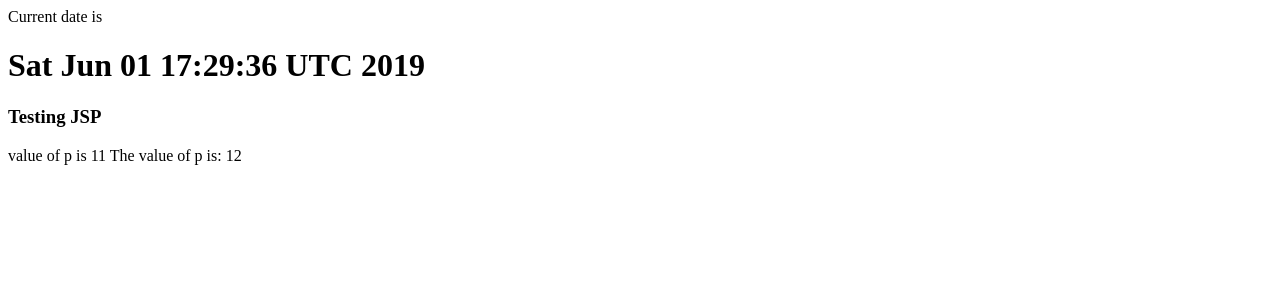
Repository: somakbha/CodeBackUP
Page: http://localhost/SimpleServletProject/test.jsp
These files come from the project's save history. The page is drawn as it stood at one moment and after the next save; the edit follows.
The browser window is 1280 px wide. The pictures show the whole page.
The page is served by Tomcat 9. Other server files are loaded and not shown.

Above is the page before, as saved 2019-06-15 13:57:47.

### JSP-Servlet-by-java-brains/SimpleServletProject/WebContent/test.jsp
<%@ page language="java" contentType="text/html; charset=UTF-8"
    pageEncoding="UTF-8"%>
<!DOCTYPE html PUBLIC "-//W3C//DTD HTML 4.01 Transitional//EN" "http://www.w3.org/TR/html4/loose.dtd">
<html>
<head>
<meta http-equiv="Content-Type" content="text/html; charset=UTF-8">
<title>Insert title here</title>
</head>
<body>
Current date is <h1><%= new java.util.Date() %></h1>

<h3>Testing JSP</h3>
<%

int p=10;
p=p+1;
out.println("value of p is "+p);

%>

The value of p is: <%=p+1 %>
</body>
</html>

After the next save:
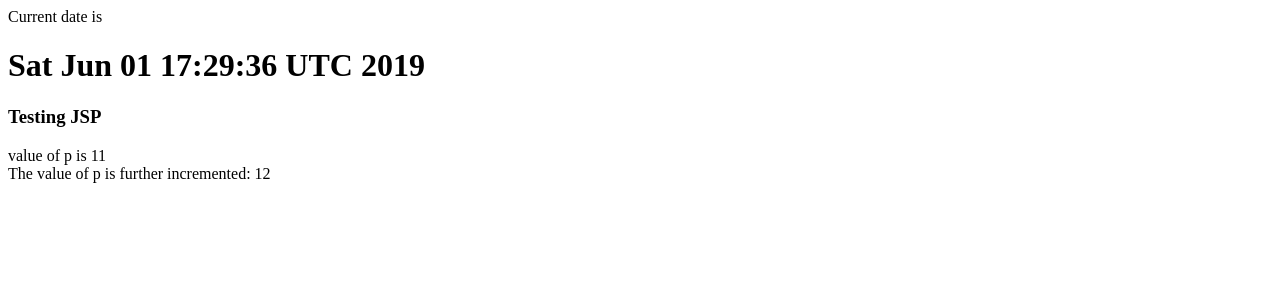
Saved 37 s later.
--- a/JSP-Servlet-by-java-brains/SimpleServletProject/WebContent/test.jsp
+++ b/JSP-Servlet-by-java-brains/SimpleServletProject/WebContent/test.jsp
@@ -17,7 +17,7 @@
 out.println("value of p is "+p);
 
 %>
-
-The value of p is: <%=p+1 %>
+</br>
+The value of p is further incremented: <%=p+1 %>
 </body>
 </html>
